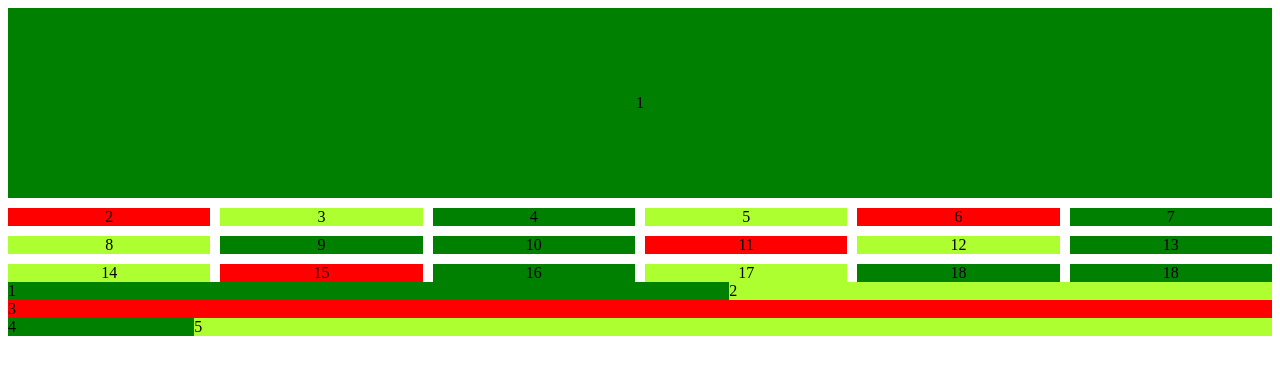
Repository: motiejus1/09-paskaita-05.31
Page: index.html
These files come from the project's save history. The page is drawn as it stood at one moment and after the next save; the edit follows.
The browser window is 1280 px wide. The pictures show the whole page.

Above is the page before, as saved 2021-06-15 20:08:49.

After the next save:
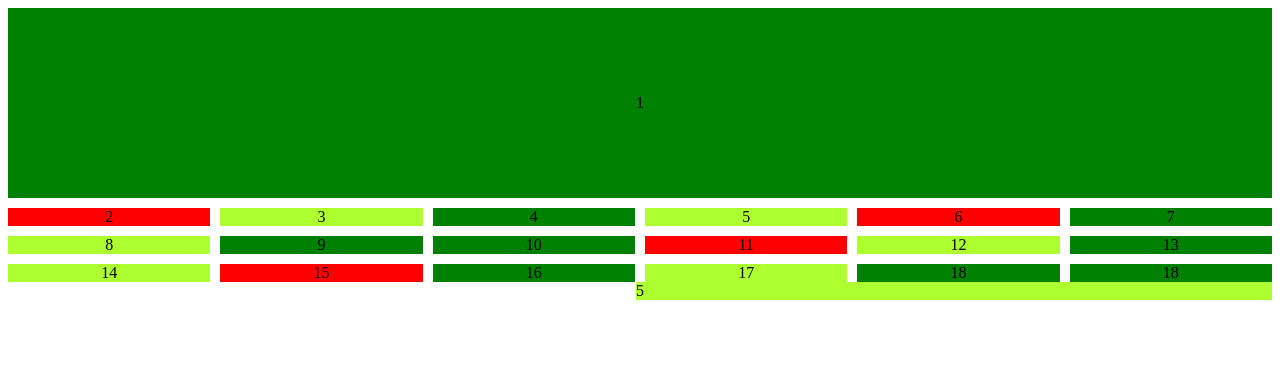
Saved 77 s later.
--- a/index.html
+++ b/index.html
@@ -58,7 +58,7 @@
             'pirmas pirmas pirmas pirmas antras antras antras'
             'trecias trecias trecias trecias trecias trecias trecias'
             'ketvirtas penktas penktas penktas penktas penktas penktas'
-            'ketvirtas penktas penktas penktas penktas penktas penktas'
+            'ketvirtas penktas penktas penktas penktas penktas '
 
             ;
         }

After the save that followed:
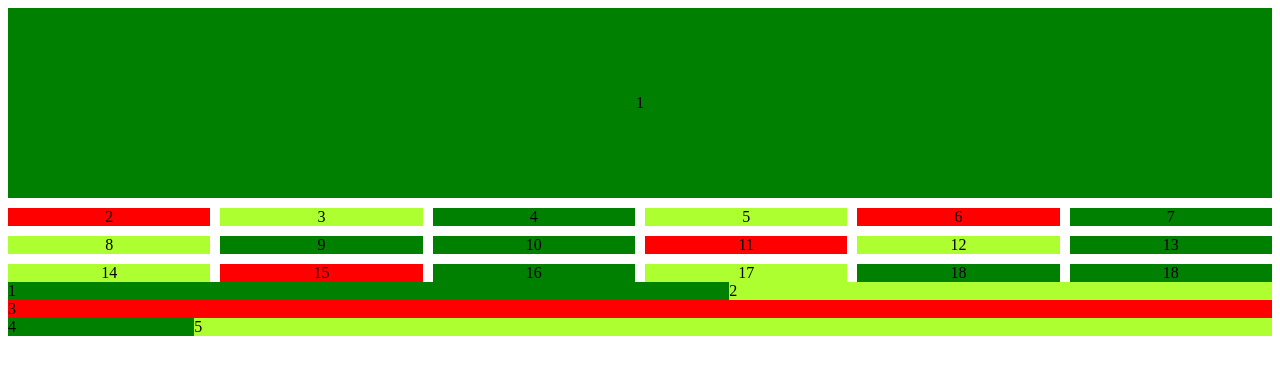
Saved 57 s later.
--- a/index.html
+++ b/index.html
@@ -58,7 +58,7 @@
             'pirmas pirmas pirmas pirmas antras antras antras'
             'trecias trecias trecias trecias trecias trecias trecias'
             'ketvirtas penktas penktas penktas penktas penktas penktas'
-            'ketvirtas penktas penktas penktas penktas penktas '
+            'ketvirtas penktas penktas penktas penktas penktas penktas'
 
             ;
         }
